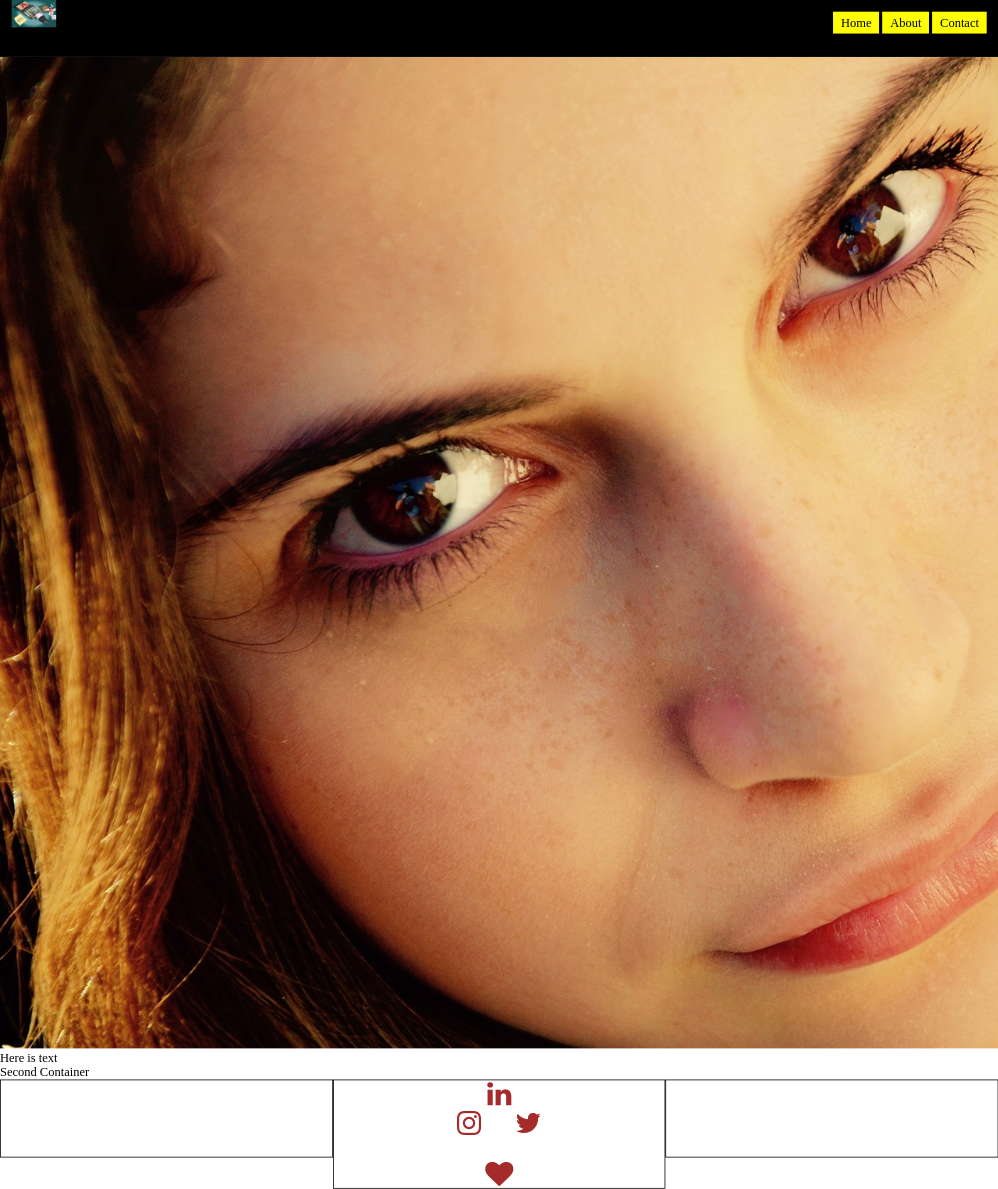
Repository: bitmogram/practicingcards
Page: about.html
The author's editor kept a record of every edit. The page is drawn from the files as they stood at one moment, then again after the next edit.
The browser window is 1280 px wide. The pictures show the whole page, at 78% of full size.

Above is the page before.

### about.html
<!DOCTYPE html>
<html lang="en">
<head>
	<meta charset="UTF-8">
	<meta name="viewport" content="width=device-width, initial-scale=1.0">
	<meta http-equiv="X-UA-Compatible" content="ie=edge">
	<meta name="author" content="Maurice Graham">
	<meta name="keywords" content="animals, animal, zoo, pets, zoo">
	<meta name="description" content="Amazing Animals">
	<link rel="stylesheet" href="css/font-awesome.min.css" type="text/css">
	<link rel="stylesheet" href="css/styles.css" type="text/css">
	<link rel="stylesheet" href="css/about.css" type="text/css">
	<title>Amazing Animals</title>
</head>
<body>
	<!-- Header -->

	<header>
		<nav class="clearfix">
			<img class="brand pull-left" src="img/money-trap.jpg" alt="Money Trap">
			<ul class="nav-links pull-right">
				<li><a href="index.html">Home</a></li>
				<li><a href="#">About</a></li>
				<li><a href="contact.html">Contact</a></li>
			</ul>
		</nav>
	</header>

	<!-- /Header -->

	<!--Main Content-->

	<main class="about-container">
	<img src="img/face.jpg" alt="face">
		<div class="about-child">Here is text
		</div>

		<div class="about-child">Second Container
		</div>
	</main>

<!--/Main Content -->

	<!--Footer -->
		<!--Four Social Media Icons-->

	<footer>
		<section class= "pull-left"></section>
		<section class= "pull-left">
			<div class="i-container centered">
				<i class="icon fa fa-linkedin" aria-hidden="true"></i>
				<div class="clearfix">
					<i class="icon pull-left fa fa-instagram" aria-hidden="true"></i>
					<i class="icon pull-right fa fa-twitter" aria-hidden="true"></i>
				</div>
				<i class="icon fa fa-heart" aria-hidden="true"></i>
			</div>
		</section>
		<section class= "pull-left"></section>


	</footer>

	<!-- /Footer-->

</body>
</html>

### css/styles.css
* {
    margin: 0;
    padding: 0;
    box-sizing: border-box;
}

/*Helper Classes*/
.clearfix::after {
  content: "";
  display: block;
  clear: both;
  padding: 15px;
}
.pull-left {
    float: left;
}
.pull-right {
    float:right;
}

.text-centered {
    text-align: center;
}

.card h1, .card p {
    margin-top: 30px;
    padding: 15px;
}

.centered {
    margin: 0 auto;
}
/*/Helper Classes*/

/*Header*/
nav {
    background-color: black;
    padding: 0 15px;
}
.brand {
    height: 35px;
}
.nav-links {
    list-style-type: none;
    margin-top: 15px;
}
.nav-links li {
    display: inline-block;
    background-color: yellow;
    padding: 5px 10px;
}
.nav-links li a {
    text-decoration: none;
    color: #000;
}

/*/Header*/
footer section {
    min-height: 100px;
    width: calc(100% / 3);
    border: 1px solid #000;
}
.i-container {
    text-align: center;
    width: 108px;
}

.box {
    height: 50px;
    width: 50px;
    background-color: #000;
}

.icon {
    font-size: 36px;
    color: brown;

}

/*/Footer*/


/*Hero Section*/

.hero {
    height: 700px;
    background-image: url("../img/lion-girl.jpg");
    background-position: center center;
    background-size: 100%;
    /*opacity: .2;*/
}

.banner {
    padding: 10px 15px;
    background-color: rgba(0, 0, 0, .4);
    color:; #cacaca;
    display: inline-block;
    margin: 75px 75px 75px 75px;
    font-size: 200%;
    text-shadow: 4px 6px 8px #cacaca;
}

.card {
    /*width: calc(60% / 3);*/
    width: 20%;
    margin: 75px 0 75px 10%;
    /*margin: 75px 0px 75px calc(40% / 4);*/
    /*height: 350px;*/
    background-color: #d3d3d3;
    box-shadow:5px 7px 5px #000;
}

.card img {
    height: 95px;
    display: block;
    border-radius: 20%;
    box-shadow: 3px 4px 4px #000;
    margin: 20px 50px 20px calc(100% / 4);
}
/*/Hero Section*/


.about-container {
    /*opacity: .2;*/
    width: 100%;
    height: auto;
    border: 20px 25px;
    overflow: auto;

}

.about-child-one {
    background-color: black;
    padding: 3px;
    border: 10px solid;
    border-color: white;
    float: left;
    width: 40%;
    height: auto;
    color: white;
}

.about-child-two {
    background-color: black;
    padding: 3px;
    border: 10px solid;
    border-color: white;
    float: left;
    width: 60%;
    height: auto;
    color: white;
}
.clear-float {
    overflow: auto;
    clear: both;
}


.about-child-two iframe {
    width: 560px;
    height: 560px;
}

Loaded but not shown: css/font-awesome.min.css (library); css/about.css (no stored copy; drawn as an empty file)

After the next edit:
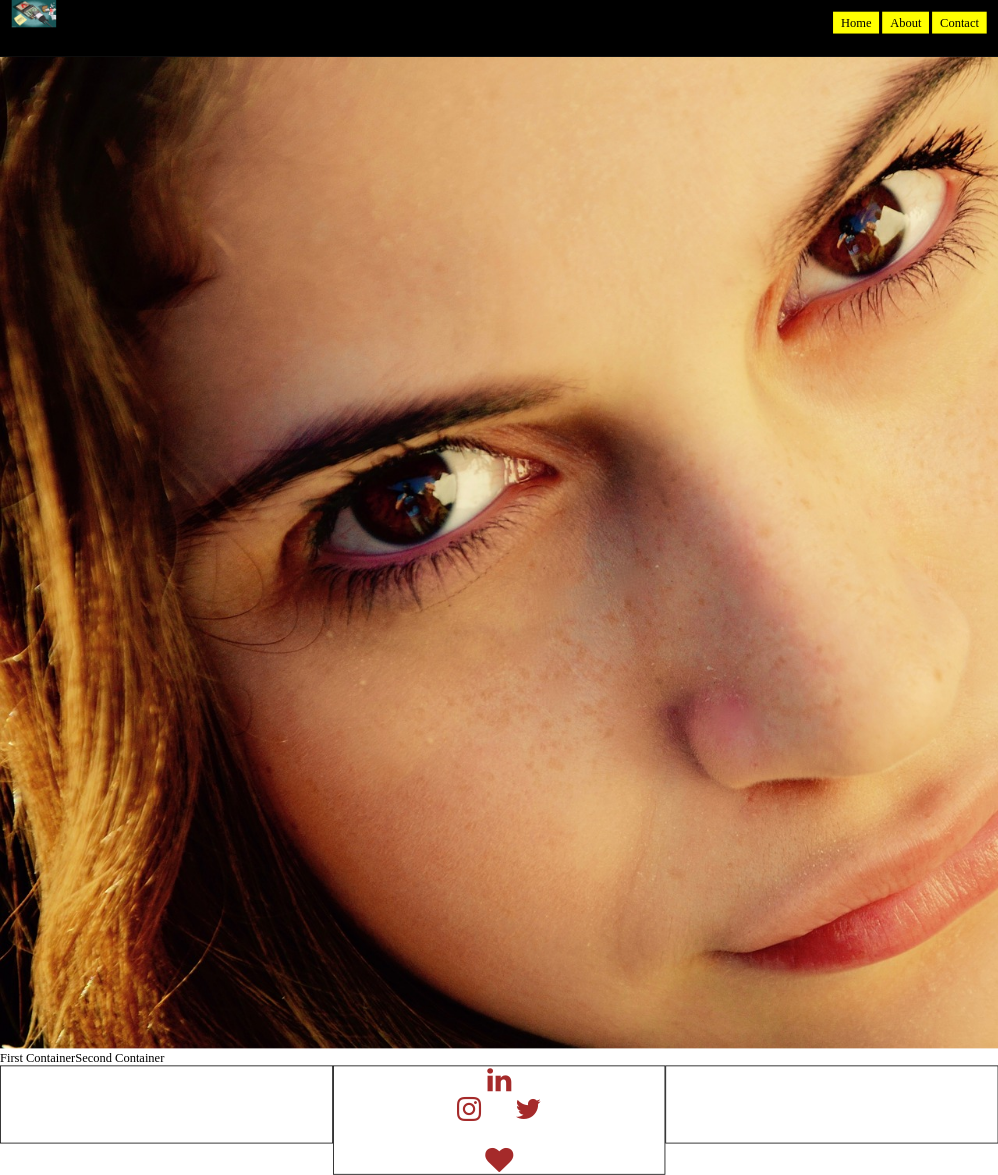
The edit:
--- a/about.html
+++ b/about.html
@@ -32,7 +32,7 @@
 
 	<main class="about-container">
 	<img src="img/face.jpg" alt="face">
-		<div class="about-child">Here is text
+		<div class="about-child pull-left">First Container
 		</div>
 
 		<div class="about-child">Second Container
